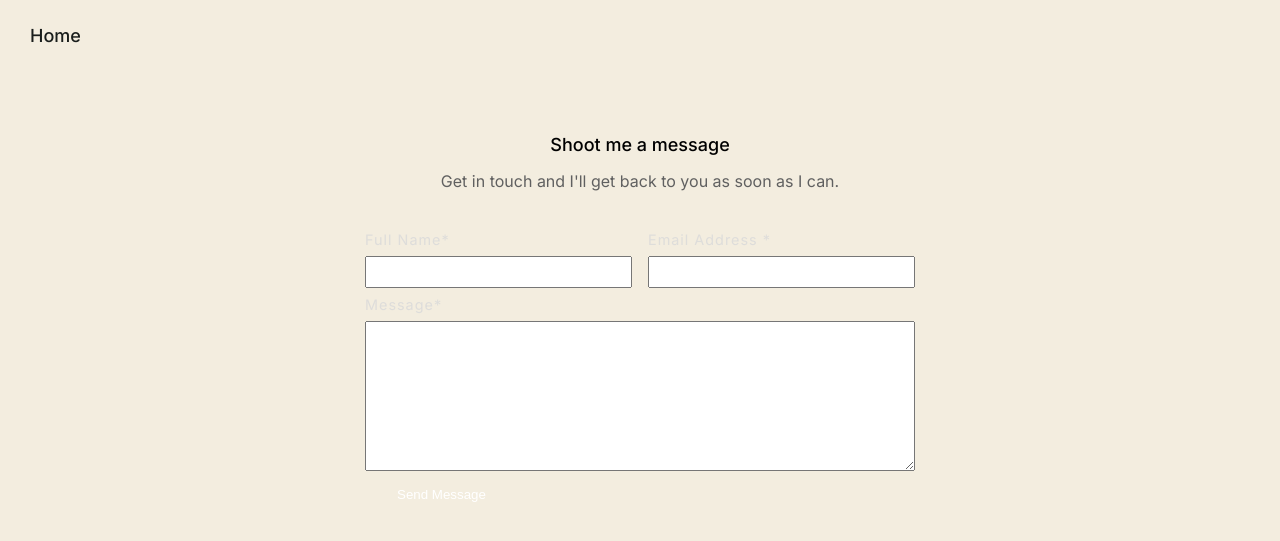
Repository: David-Waite/David-Waite-Portfolio
Page: /contact
These files come from the project's save history. The page is drawn as it stood at one moment and after a run of saves; the edit follows.
The browser window is 1280 px wide. The pictures show the whole page.
The project was rebuilt for these pictures with package versions that can differ from the ones it lists, and the page was loaded fresh each time. The framework's server and built-in components were replaced by stand-ins that run in the browser. Also part of the build but not shown: next.config.js, app/components/Nav/NavButton/navButton.module.css, app/components/Nav/NavButton/NavButton.tsx.

Above is the page before, as saved 2023-07-26 20:03:30.

### app/layout.tsx
import "./globals.css";
import type { Metadata } from "next";
import { Inter } from "next/font/google";
import Link from "next/link";
import NavBar from "./components/Nav/NavBar/NavBar";

const inter = Inter({ subsets: ["latin"] });

export const metadata: Metadata = {
  title: "Create Next App",
  description: "Generated by create next app",
};

export default function RootLayout({
  children,
}: {
  children: React.ReactNode;
}) {
  return (
    <html lang="en">
      <body className={inter.className}>
        <NavBar />
        {children}
      </body>
    </html>
  );
}

### app/contact/page.tsx
import { Metadata, NextPage } from "next/types";
import { Contact } from "../components/Contact/contact";

export const metadata: Metadata = {
  title: "David Waite | Contact ",
};

const ContactPage: NextPage = () => {
  return <Contact />;
};

export default ContactPage;

### app/globals.css
:root {
  --primary: #255b48;
  --black: #191d1b;
  --background: #f3eddf;
  --white: #ffffff;
  --grey: #606060;
}

.paragraph {
  font-size: 18px;
  font-style: normal;
  font-weight: 400;
  line-height: 25.2px;
  color: var(--black);
}

body {
  background-color: var(--background);
}

* {
  padding: 0;
  margin: 0;
  box-sizing: border-box;
}

### app/components/Nav/NavBar/NavBar.tsx
"use client";
import NavButton from "../NavButton/NavButton";
import styles from "./navBar.module.css";
import { usePathname } from "next/navigation";

import Link from "next/link";

export default function NavBar() {
  const currentRoute = usePathname();

  return (
    <nav className={styles.container}>
      <Link href={`./${currentRoute === "/" ? "about" : "/"}`}>
        {currentRoute === "/" ? "About" : "Home"}
      </Link>

      {currentRoute !== "/contact" && <NavButton />}
    </nav>
  );
}

### app/components/Contact/contact.tsx
"use client";

import { FormEvent, useState } from "react";
import styles from "./contact.module.css";
import { useSearchParams } from "next/navigation";
export const Contact = () => {
  const [message, setMessage] = useState<string>("");
  const [status, setStatus] = useState<string>("");
  const [disabled, setDisabled] = useState<boolean>(false);
  const searchParams = useSearchParams();

  const onContactFormSubmit = async (e: FormEvent<HTMLFormElement>) => {
    e.preventDefault();
    const formData: { [key: string]: string } = {};
    const elements = e.currentTarget.elements as unknown as Array<
      HTMLInputElement | HTMLTextAreaElement | HTMLButtonElement
    >;

    Array.from(elements).forEach((field) => {
      if (!field.name) return;
      formData[field.name] = field.value;
    });

    await fetch("/contact/send", {
      method: "POST",
      body: JSON.stringify(formData),
    })
      .then((res) => res.json())
      .then((res) => {
        setMessage(res.message);
        setStatus(res.status);
        setDisabled(res.message.length > 0);
      });
  };

  return (
    <div className={styles.container}>
      <h1 className={styles.heading}>Shoot me a message</h1>
      <p className={styles.tagline}>
        Get in touch and I&apos;ll get back to you as soon as I can.
      </p>

      <form onSubmit={onContactFormSubmit}>
        {message.length > 0 ? (
          <div
            className={`paragraph ${styles.alert} ${
              status ? styles.alertSuccess : styles.alertError
            }`}
          >
            <span>{message}</span>
          </div>
        ) : null}
        <div className={styles.topForm}>
          <div className={styles.inputCon}>
            <label htmlFor="name">
              <span>Full Name*</span>
            </label>
            <input
              type="text"
              name="name"
              id="name"
              required
              disabled={disabled}
            />
          </div>
          <div className={styles.inputCon}>
            <label htmlFor="email">
              <span>Email Address *</span>
            </label>
            <input
              type="email"
              name="email"
              id="email"
              required
              disabled={disabled}
            />
          </div>
        </div>

        <div className={`${styles.message} ${styles.inputCon}`}>
          <label htmlFor="message">
            <span>Message*</span>
          </label>
          <textarea
            rows={3}
            name="message"
            id="message"
            required
            disabled={disabled}
          ></textarea>
        </div>

        <button type="submit" className={styles.button} disabled={disabled}>
          Send Message
        </button>
      </form>
    </div>
  );
};

### app/components/Nav/NavBar/navBar.module.css
.container {
  display: flex;
  align-items: center;
  justify-content: space-between;
  height: 70px;
  padding: 0 30px;
}

.container a {
  color: var(--black);
  cursor: pointer;
  text-decoration: none;
  font-size: 18px;
  font-weight: 500;
}

### app/components/Contact/contact.module.css
.container {
  min-height: calc(100vh - 216px);
  display: flex;
  flex-direction: column;
  align-items: center;
  justify-content: center;
}

.container h1 {
  color: var(--back);
  font-weight: 500;
  font-size: 18px;
}

.container h1 {
  margin-bottom: 16px;
}

.container p {
  text-align: center;
  margin-bottom: 40px;
  font-weight: 400;
  color: var(--grey);
}

.container form {
  display: flex;
  flex-direction: column;
  gap: 8px;
  position: relative;
}

.topForm {
  display: grid;
  grid-template-columns: 1fr 1fr;
  gap: 16px;
}

.inputCon {
  display: flex;
  flex-direction: column;
  gap: 8px;
}

.message textarea {
  height: 150px;
  width: 550px;
  font-size: 16px;
  padding: 8px;
}
.inputCon label {
  font-size: 14.4px;
  color: #d9d9d9d9;
  margin-bottom: 0px;
  letter-spacing: 1px;
}
.inputCon input {
  font-size: 16px;
  padding-left: 8px;
  height: 32px;
}

.inputCon select {
  height: 36px;
  font-size: 16px;
}

.container form button {
  border-radius: 3px;
  background: var(--BrandGradient);
  padding: 8px 32px;
  margin-right: auto;
  text-align: center;
  border: none;
  color: white;
  cursor: pointer;
}

.container form button:hover {
  background: linear-gradient(90deg, #a020c0 0%, #4417c9 100%);
}
.container form button p {
  margin-bottom: 0;
}

.alert {
  position: absolute;
  top: -33px;
  left: 0px;
  color: var(--white);
  font-size: 16px;
  text-align: center;

  width: 100%;
  border-radius: 3px;
}

.alertSuccess {
  background-color: green;
}

.alertError {
  background-color: red;
}

@media (max-width: 600px) {
  .container {
    padding: 10px;
  }
  .topForm {
    grid-template-columns: 1fr;
    gap: 8px;
  }
  .message textarea {
    width: calc(100vw - 38px);
  }
  .container form {
    width: 100%;
  }
}

After the next 2 saves:
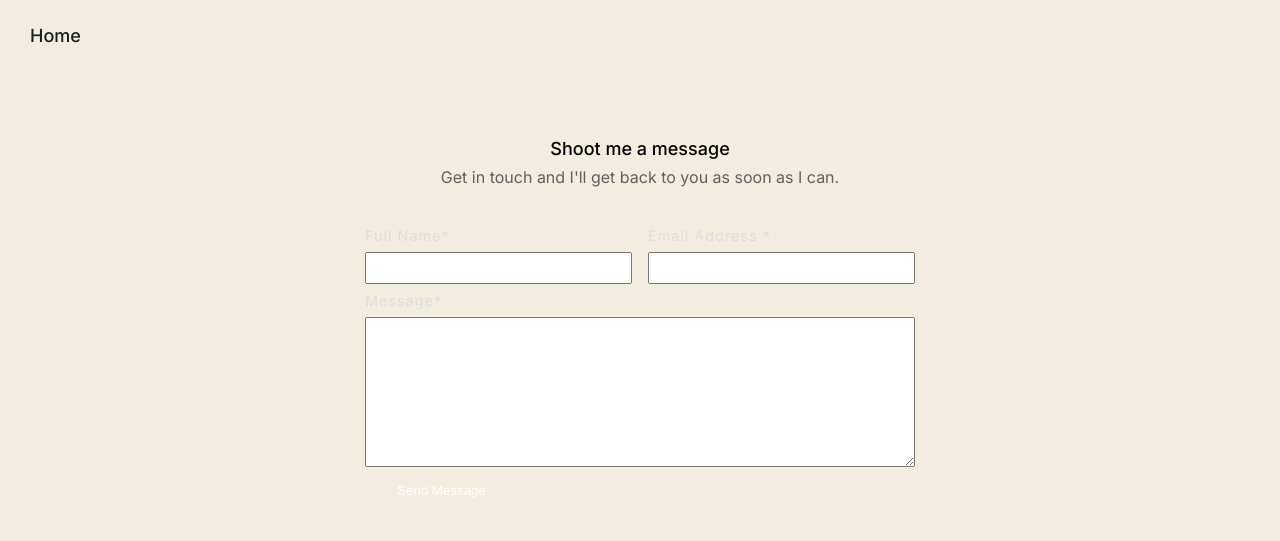
The 2 saves are shown as one change because they came seconds apart.
The last was saved 14 s later.
--- a/app/components/Contact/contact.module.css
+++ b/app/components/Contact/contact.module.css
@@ -10,10 +10,7 @@
   color: var(--back);
   font-weight: 500;
   font-size: 18px;
-}
-
-.container h1 {
-  margin-bottom: 16px;
+  margin-bottom: 8px;
 }
 
 .container p {
